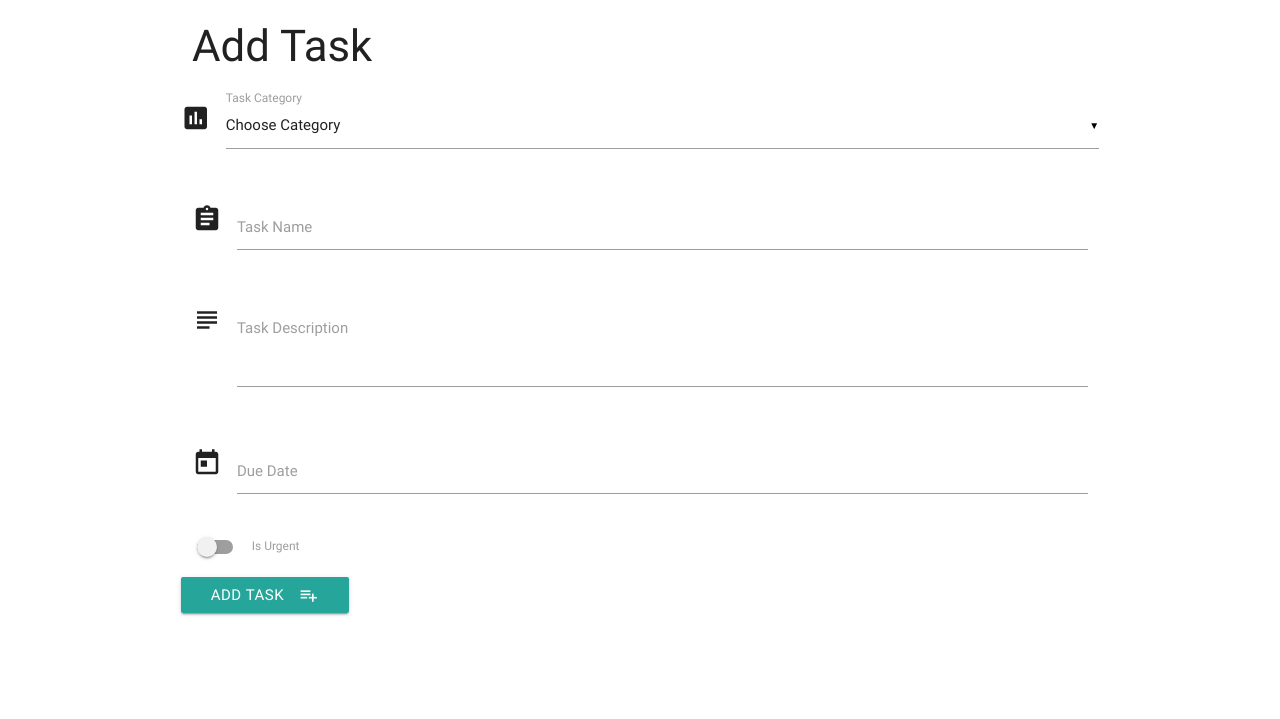
Repository: cesole/task_manager
Page: http://localhost/add_task
The author's editor kept a record of every edit. The page is drawn from the files as they stood at one moment, then again after the next edit.
The browser window is 1280 px wide. The pictures show the whole page.
Some web libraries are served in a nearby version. The page is served by the project's application, run on Flask 3 (app.py). Queries for data that is not in the repository find no rows.

Above is the page before.

After the next edit:
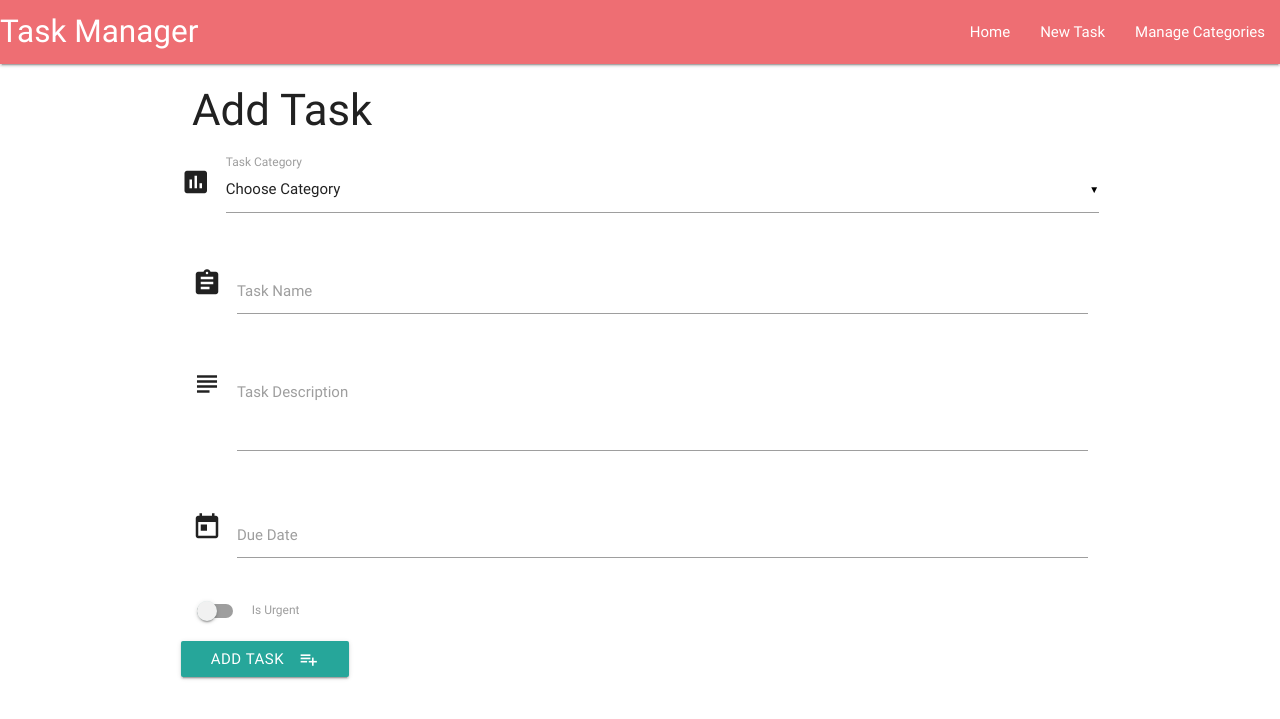
The edit:
--- a/templates/base.html
+++ b/templates/base.html
@@ -8,6 +8,24 @@
 </head>
 
 <body>
+    <header>
+        <nav>
+            <div class="nav-wrapper">
+                <a href="{{url_for('get_tasks')}}" class="brand-logo">Task Manager</a>
+                <a href="#" data-activates="mobile-demo" class="button-collapse"><i class="material-icons">menu</i></a>
+                <ul id="nav-mobile" class="right hide-on-med-and-down">
+                    <li><a href="{{url_for('get_tasks')}}">Home</a></li>
+                    <li><a href="{{url_for('add_task')}}">New Task</a></li>
+                    <li><a href="{{url_for('get_categories')}}">Manage Categories</a></li>
+                </ul>
+                <ul class="side-nav" id="mobile-demo">
+                    <li><a href="{{url_for('get_tasks')}}">Home</a></li>
+                    <li><a href="{{url_for('add_task')}}">New Task</a></li>
+                    <li><a href="{{url_for('get_categories')}}">Manage Categories</a></li>
+                </ul>
+            </div>
+        </nav>
+    </header>
     <div class="container">
         {% block content %} {% endblock %}
     </div>
